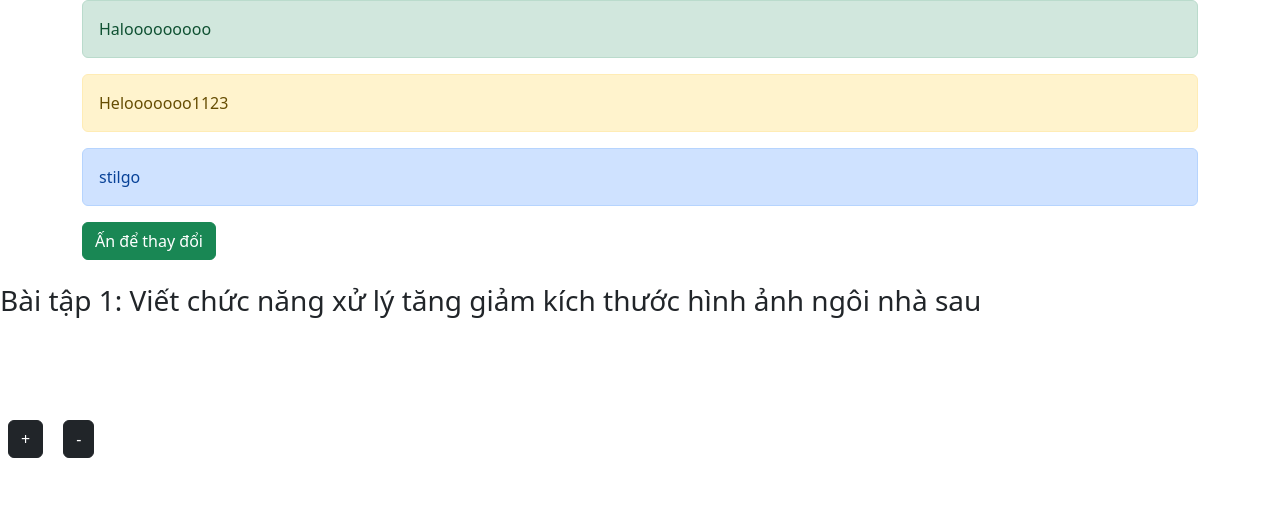
Repository: hcozyph/cybersoft_JS_5_T-ch-h-m
Page: index.htm
An editor plug-in stored every save of this project. The page is shown before and after the next save, followed by the edit.
The browser window is 1280 px wide. The pictures show the whole page.
Some web libraries are served in a nearby version.

Above is the page before, as saved 2023-02-05 11:21:09.
Console error: SyntaxError: Unexpected token '}'

### index.htm
<!DOCTYPE html>
<html lang="en">
    <head>
        <title>JS_5</title>
        <!-- Required meta tags -->
        <meta charset="utf-8" />
        <meta
            name="viewport"
            content="width=device-width, initial-scale=1, shrink-to-fit=no"
        />

        <!-- fontAwesome -->
        <link
            rel="stylesheet"
            href="https://use.fontawesome.com/releases/v5.1.1/css/all.css"
            integrity="sha384-O8whS3fhG2OnA5Kas0Y9l3cfpmYjapjI0E4theH4iuMD+pLhbf6JI0jIMfYcK3yZ"
            crossorigin="anonymous"
        />

        <!-- Bootstrap CSS v5.2.1 -->
        <link
            href="https://cdn.jsdelivr.net/npm/bootstrap@5.2.1/dist/css/bootstrap.min.css"
            rel="stylesheet"
            integrity="sha384-iYQeCzEYFbKjA/T2uDLTpkwGzCiq6soy8tYaI1GyVh/UjpbCx/TYkiZhlZB6+fzT"
            crossorigin="anonymous"
        />

        <!-- index.css -->
        <link rel="stylesheet" href="./css/index.css" />
    </head>

    <body>
        <div class="container">
            <div class="alert alert-success" id="output">Halooooooooo</div>

            <p class="alert alert-warning my-3" id="output-p">Helooooooo1123</p>

            <span class="d-block alert alert-primary my-3" id="output-span"
                >stilgo</span
            >

            <button id="btnThayDoi" class="btn btn-success">
                Ấn để thay đổi
            </button>
        </div>

        <br />

        <!-- NGÔI NHÀ -->
        <h3>
            Bài tập 1: Viết chức năng xử lý tăng giảm kích thước hình ảnh ngôi
            nhà sau
        </h3>
        <i id="fa fa-home d-block" style="font-size: 100px"></i>
        <button class="btn btn-dark mx-2 mt-2" id="btnTang">+</button>

        <button class="btn btn-dark mx-2 mt-2" id="btnGiam">-</button>

        <!-- bootstrap -->
        <script
            src="https://cdn.jsdelivr.net/npm/@popperjs/core@2.11.6/dist/umd/popper.min.js"
            integrity="sha384-oBqDVmMz9ATKxIep9tiCxS/Z9fNfEXiDAYTujMAeBAsjFuCZSmKbSSUnQlmh/jp3"
            crossorigin="anonymous"
        ></script>

        <script
            src="https://cdn.jsdelivr.net/npm/bootstrap@5.2.1/dist/js/bootstrap.min.js"
            integrity="sha384-7VPbUDkoPSGFnVtYi0QogXtr74QeVeeIs99Qfg5YCF+TidwNdjvaKZX19NZ/e6oz"
            crossorigin="anonymous"
        ></script>

        <!-- index.js -->
        <script src="./js/index.js"></script>
    </body>
</html>

### js/index.js
// BT1: Yêu cầu: Dom đến các thẻ div, p , span thay đổi font-size: 30px, và màu của chữ thành màu đỏ/

// document.getElementById('btnThayDoi').onclick = function () {
//     var tagID = domID('output');
//     var fontSize = Number(tagID.style.fontSize.replace('px',''));
//     tagID.style.fontSize = fontSize
// }

// function domID(id) {
//     return document.getElementById(id);

// }

/* Khai báo hàm */

/*
    Ý nghĩa hàm: dùng để tái sử dụng lại đoạn code xử lý nào đó theo 1 chức năng cụ thể
*/
function changeSizeColor (size,color,id) {

    //input: các giá trị có thể bị thay đổi

    document.getElementById(id).style.fontSize = size;
    document.getElementById(id).style.color = color;

    //output
}


// Lệnh gọi hàm : tenHam (gia_tri_input)

changeSizeColor('30px','orange','output-div');
changeSizeColor('30px','red','output-p');
changeSizeColor('30px','blue','output-span');


// Ví dụ về hàm:
// Viết hàm tính lương dựa trên số giờ làm và tiền lương trên giờ

function tinhLuong (tienLuong1h,soGioLam) {
    //input : tienLuong1h - soGioLam

    //output
    var tienLuongOutPut = 0;

    //process
    tienLuongOutPut = tienLuong1h * soGioLam;

    return tienLuongOutPut;
    //lệnh return là lệnh trả ra output của hàm và kết thúc hàm, các đoạn  code sau lệnh return sẽ không chạy
}

var tongLuong = tinhLuong(10,100) +500;
console.log('Tổng lương là:', tongLuong)


//NGÔI NHÀ
// Bài 1
// Yêu cầu 1 viết hàm thay đổi kích thước của 1 thẻ html có id nào đó

//Yêu cầu 2 : sử dụng hàm trong sự kiện click của 2 button tương ứng


// var fontSize = 100;

// function changeFontSize(id) {

// }

//domID
function domID(id) {
    return document.getElementById(id);
}

document.getElementById('btnTang').onclick = function () {
    var tagID =

}

document.getElementById('btnGiam').onclick = function () {

}

Loaded but not shown: css/index.css (no stored copy; drawn as an empty file)

After the next save:
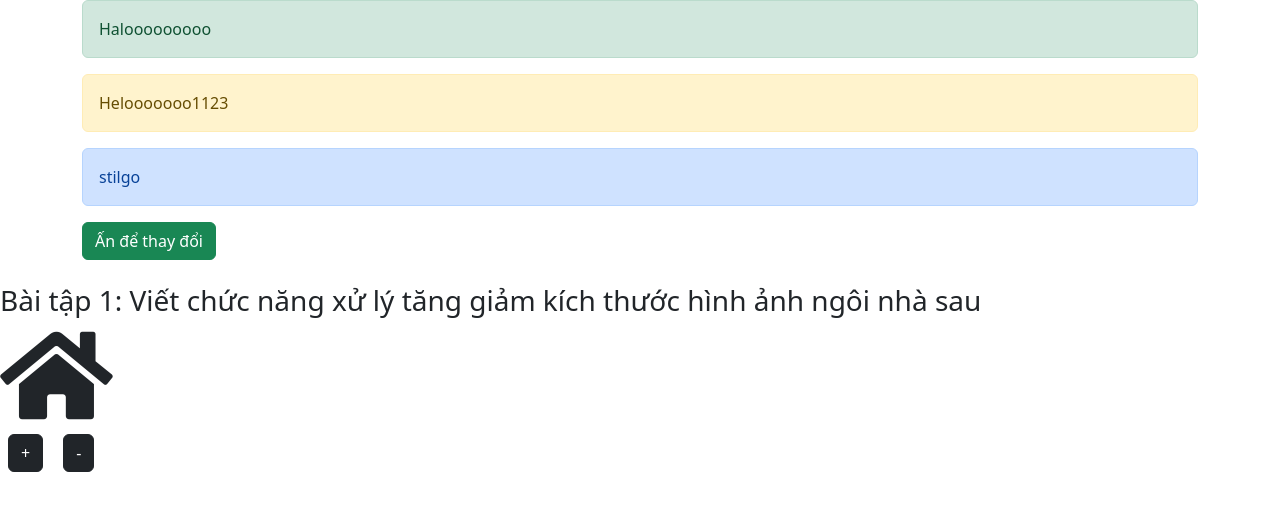
Saved 23 s later.
--- a/index.htm
+++ b/index.htm
@@ -51,7 +51,8 @@
             Bài tập 1: Viết chức năng xử lý tăng giảm kích thước hình ảnh ngôi
             nhà sau
         </h3>
-        <i id="fa fa-home d-block" style="font-size: 100px"></i>
+
+        <i class="fa fa-home d-block" style="font-size: 100px"></i>
         <button class="btn btn-dark mx-2 mt-2" id="btnTang">+</button>
 
         <button class="btn btn-dark mx-2 mt-2" id="btnGiam">-</button>
